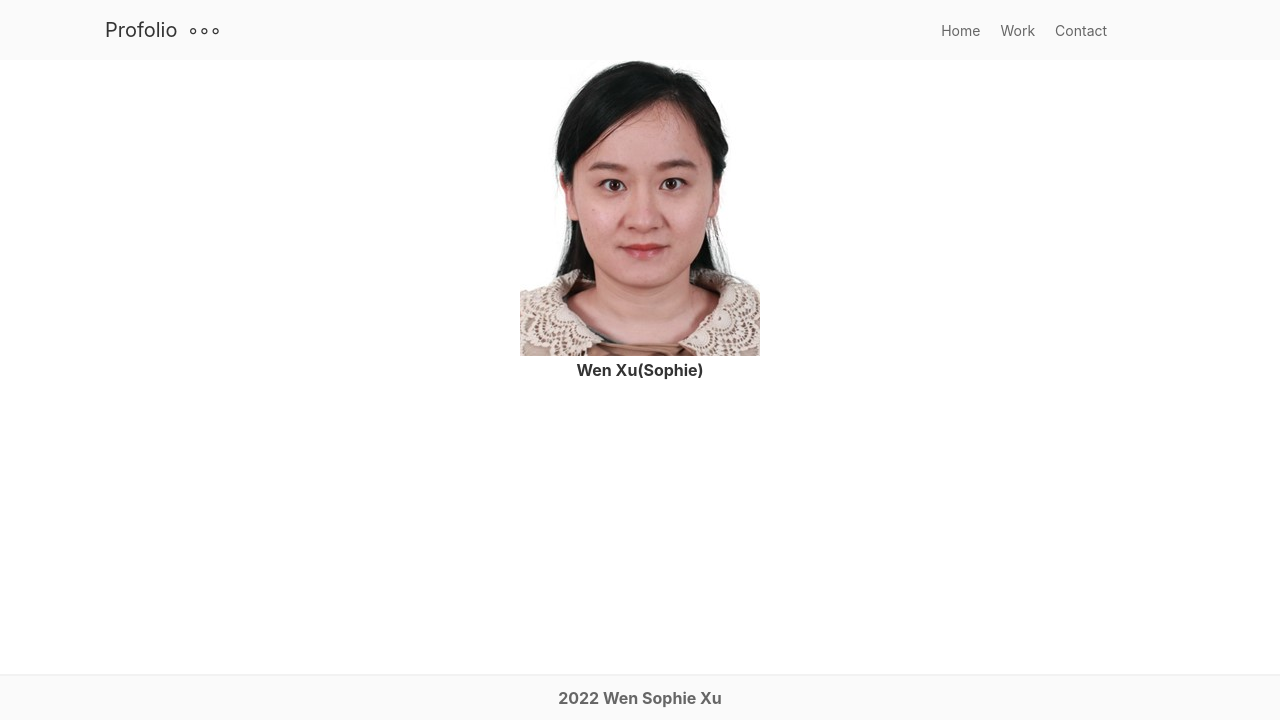
Repository: wenxi0504/myResume_app
Page: /
The author's editor kept a copy of each file at every save. The page is drawn from the files as they stood at one save, then again after the next save.
The browser window is 1280 px wide. The pictures show the whole page.
The project was rebuilt for these pictures with package versions that can differ from the ones it lists, and the page was loaded fresh each time. Also part of the build but not shown: src/pages/HomePage/home.module.scss, src/pages/WorkPage/index.js, src/pages/WorkPageDetail/index.js, src/pages/Contact/index.js.

Above is the page before, as saved 2022-01-03 15:14:34.

After the next save:
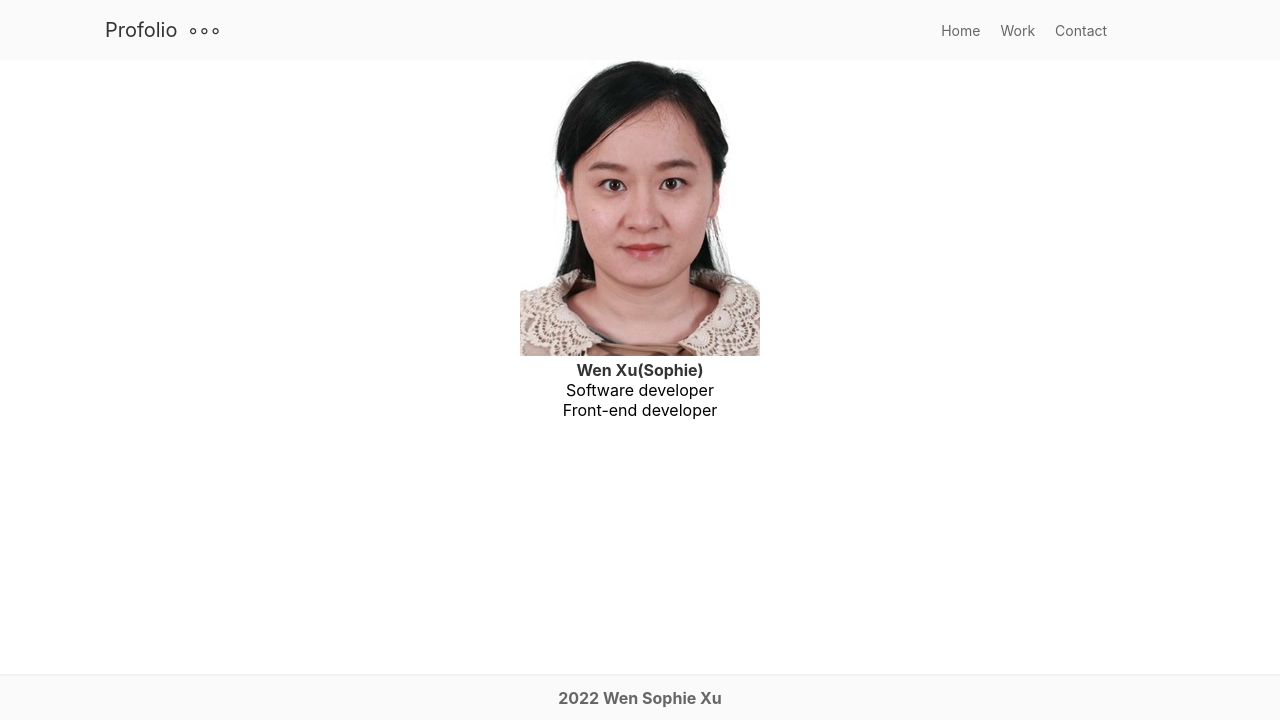
Saved 68 s later.
--- a/src/pages/HomePage/index.js
+++ b/src/pages/HomePage/index.js
@@ -9,6 +9,10 @@ export default () => {
        <section className={styles.brief}>
        <img src={require("../../assets/images/wenxuReact2.jpg") }/>
        <h2>Wen Xu(Sophie)</h2>
+       <ul>
+          <li>Software developer</li>
+          <li>Front-end developer</li>
+       </ul>
        </section>
 
 
